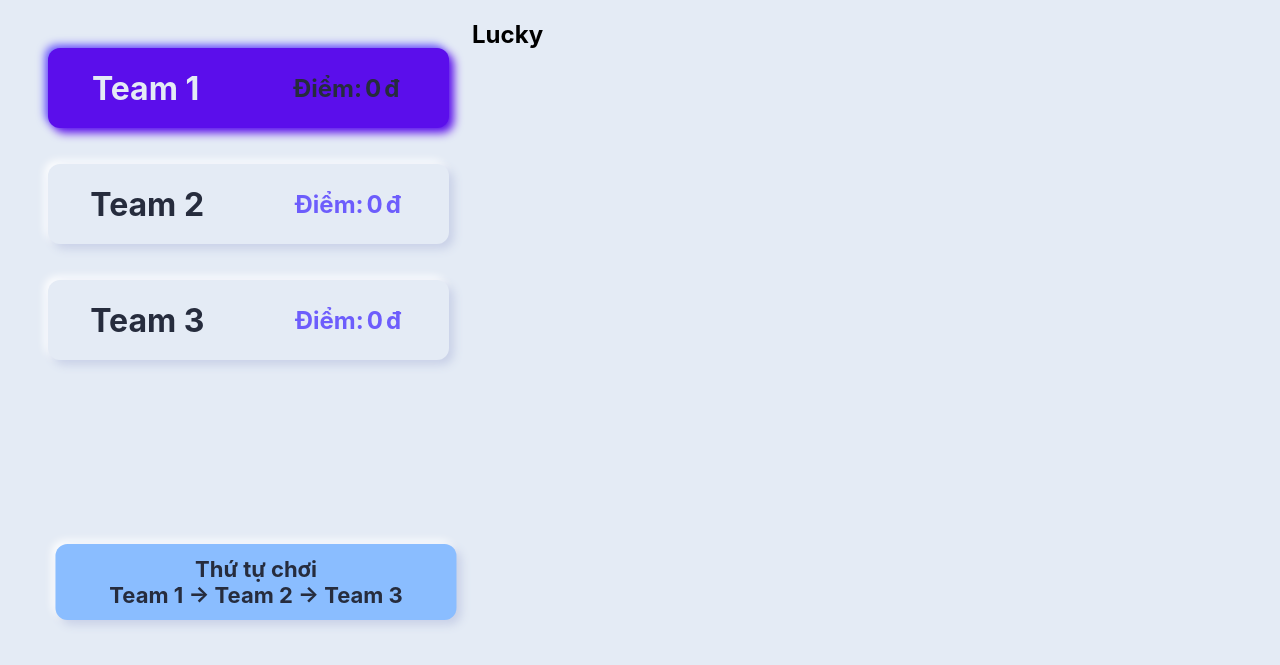
Repository: tinh2044/quzzi_game
Page: /
The author's editor kept a copy of each file at every save. The page is drawn from the files as they stood at one save, then again after the next save.
The browser window is 1280 px wide. The pictures show the whole page.
The project was rebuilt for these pictures with package versions that can differ from the ones it lists, and the page was loaded fresh each time. Also part of the build but not shown: src/components/Notification.jsx, src/components/AnswerItem.jsx, src/components/Question.jsx, src/components/SortTeam.jsx.

Above is the page before, as saved 2022-12-15 09:35:13.

After the next save:
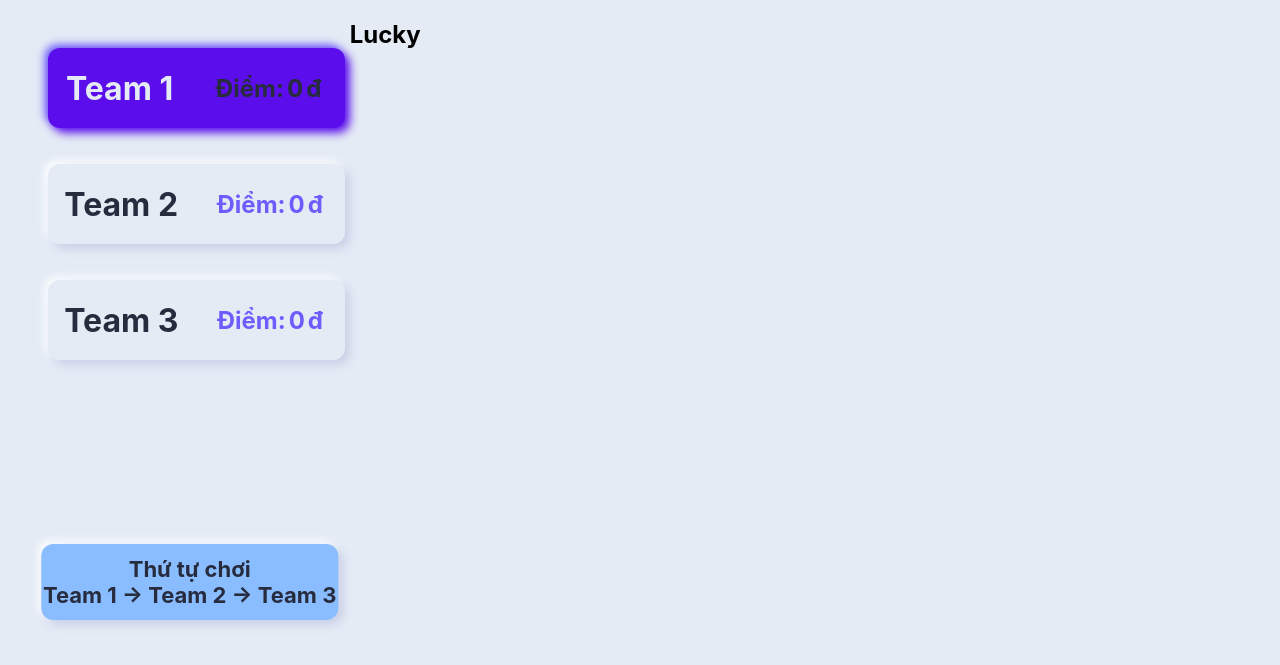
Saved 68 s later.
--- a/src/App.css
+++ b/src/App.css
@@ -299,3 +299,9 @@ input:focus {
         opacity: 1;
     }
 }
+.lucky {
+    width: 100%;
+}
+.main-lucky {
+    width: 100%;
+}
